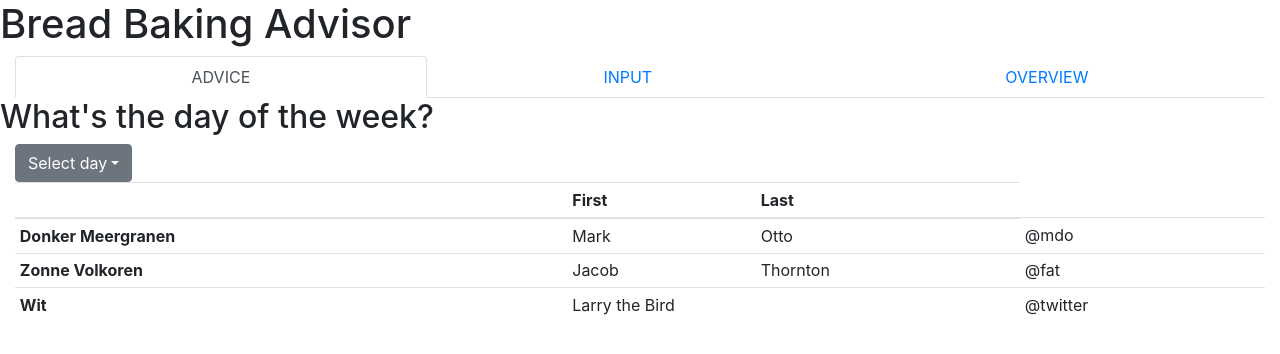
Repository: MarthGimenzo/bread-baking-advisor
Page: index.html
The author's editor kept a record of every edit. The page is drawn from the files as they stood at one moment, then again after the next edit.
The browser window is 1280 px wide. The pictures show the whole page.

Above is the page before.

After the next edit:
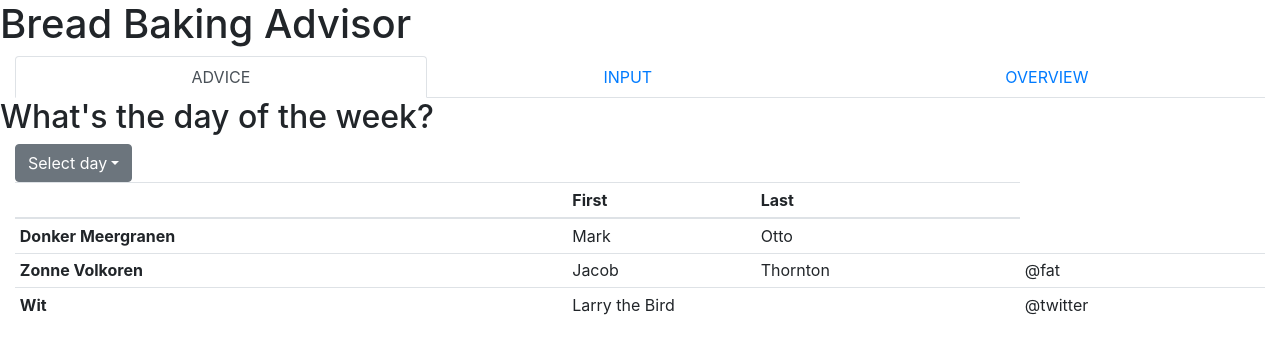
The edit:
--- a/index.html
+++ b/index.html
@@ -57,7 +57,7 @@
       <th scope="row">Donker Meergranen</th>
       <td>Mark</td>
       <td>Otto</td>
-      <td>@mdo</td>
+
     </tr>
     <tr>
       <th scope="row">Zonne Volkoren</th>
